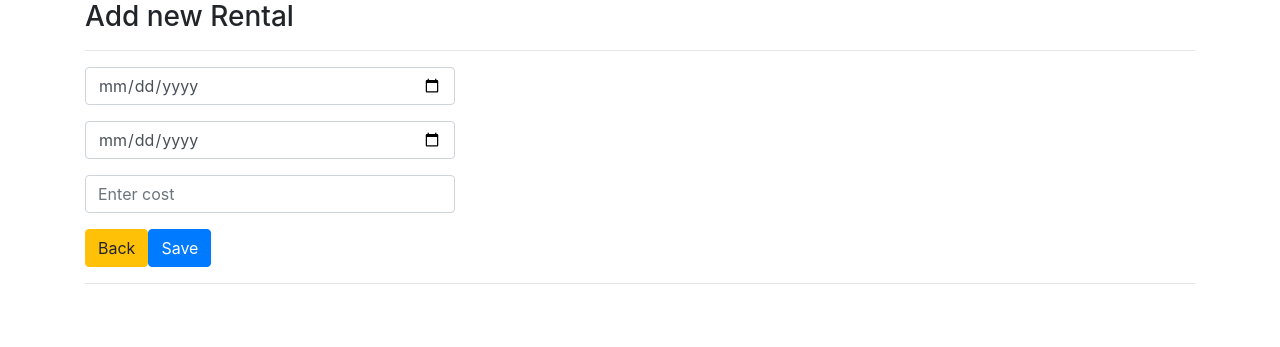
Repository: messimacky/Movie-Rental-System-Front-End
Page: /add-rental
The author's editor kept a copy of each file at every save. The page is drawn from the files as they stood at one save, then again after a run of saves.
The browser window is 1280 px wide. The pictures show the whole page.
The project was rebuilt for these pictures with package versions that can differ from the ones it lists, and the page was loaded fresh each time. Also part of the build but not shown: src/services/movie.service.js, src/components/AddMovie.js, src/components/MoviesList.js, src/components/NotFound.js, src/components/login/Login.js, src/services/customer.service.js, src/components/AddCustomer.js, src/components/CustomerList.js and 5 more.

Above is the page before, as saved 2022-05-13 15:49:35.

### src/index.js
import { Auth0Provider } from '@auth0/auth0-react';
import React from 'react';
import ReactDOM from 'react-dom';
import App from './App';
const domain = process.env.REACT_APP_AUTH0_DOMAIN;
const clientId = process.env.REACT_APP_AUTH0_CLIENT_ID;

ReactDOM.render(
  <Auth0Provider
    domain={domain}
    clientId={clientId}
    redirectUri={window.location.origin}
  >
    <App />
  </Auth0Provider>,
  document.getElementById('root')
);

### src/App.js
import { BrowserRouter as Router, Switch, Route } from 'react-router-dom';
import AddMovie from './components/AddMovie';
import MoviesList from "./components/MoviesList";
import NotFound from "./components/NotFound";
import Login from './components/login/Login';
import AddCustomer from './components/AddCustomer'
import CustomersList from './components/CustomerList';
import RentalsList from './components/RentalsList';
import AddRental from './components/AddRental';
import FirstPage from './components/FirstPage';
import Signup from './components/signup/Signup';
import Home from './components/Home';
// import LoginButton from './components/LoginButton';
function App() {
  return (
    <Router>
      <div>
        <Switch>

          <Route exact path="/" component={FirstPage} />

          <Route path="/home" component={Home} />


          <Route exact path="/movies" component={MoviesList} />
          <Route path="/add-movie" component={AddMovie} />
          <Route path="/movies/edit/:id" component={AddMovie} />




          <Route exact path="/customers" component={CustomersList} />
          <Route path="/add-customer" component={AddCustomer} />
          <Route path="/customers/edit/:id" component={AddCustomer} />



          <Route path="/login" component={Login} />
          <Route path="/signup" component={Signup} />



          <Route exact path="/rentals" component={RentalsList} />
          <Route path="/add-rental" component={AddRental} />
          <Route path="/rentals/edit/:id" component={AddRental} />
          <Route path="*" component={NotFound} />
        </Switch>
      </div>
    </Router>
  )
}

export default App;

### src/components/AddRental.js
import { useEffect, useState } from "react";
import { useParams } from "react-router-dom";
import { Link } from "react-router-dom";
import { useHistory } from "react-router-dom";
import rentalService from "../services/rental.service";


const AddRental = () => {

    // const [id, setId] = useState('');
    const [isReturned, setIsReturned] = useState();
    const [memberId, setMemberId] = useState('');
    const [rentalDate, setRentalDate] = useState('');
    const [rentalExpiry, setRentalExpiry] = useState('');
    const [totalCost, setTotalCost] = useState('');
    const [createdBy, setCreatedBy] = useState('');
    const [creationDate, setCreationDate] = useState('');
    const [lastModifiedBy, setLastModifiedBy] = useState('');
    const [lastModifiedDate, setLastModifiedDate] = useState('');





    const history = useHistory();
    const { id } = useParams();



    const saveRental = (e) => {
        e.preventDefault();
        const rental = { memberId, rentalDate, isReturned, rentalExpiry, totalCost, creationDate, createdBy, lastModifiedBy, lastModifiedDate };



        if (id) {
            //update records
            rentalService.update(rental)
                .then(response => {
                    console.log("Rental added succesfully", response.data);
                    history.push('/rentals');
                })
                .catch(error => {
                    console.log("Something went wrong", error);
                });

        } else {
            //create record
            rentalService.create(rental)
                .then(response => {
                    console.log("Movie added succesfully", response.data);
                    history.push('/rentals');
                })
                .catch(error => {
                    console.log("Something get wrong", error);
                });
        }

    }

    useEffect(() => {
        if (id) {
            rentalService.get(id)
                .then(rental => {
                    setMemberId(rental.data.memberId);
                    setRentalDate(rental.data.rentalDate);
                    setRentalExpiry(rental.data.rentalExpiry);
                    setTotalCost(rental.data.totalCost);
                    setIsReturned(rental.data.isReturned);



                })
                .catch(error => {
                    console.log("Something went wrong", error);
                });
        }
    }, [])

    return (
        <div className="container">
            <h3>Add new Rental</h3>
            <hr />
            <form>
                <div className="form-group">
                    <input
                        type="date"
                        className="form-control col-4"
                        id="rentalDate"
                        value={rentalDate}
                        onChange={(e) => setRentalDate(e.target.value)}
                    // placeholder="Enter title"
                    />
                </div>

                <div className="form-group">
                    <input
                        type="date"
                        className="form-control col-4"
                        id="rentalExpiry"
                        value={rentalExpiry}
                        onChange={(e) => setRentalExpiry(e.target.value)}
                    // placeholder="Enter title"
                    />
                </div>



                <div className="form-group">
                    <input
                        type="number"
                        className="form-control col-4"
                        id="totalCost"
                        value={totalCost}
                        onChange={(e) => setTotalCost(e.target.value)}
                        placeholder="Enter cost"
                    />
                </div>




                <div>
                    <Link className="btn btn-warning" to="/rentals">Back</Link>
                    <button className="btn btn-primary" onClick={(e) => saveRental(e)}>Save</button>
                </div>
            </form>
            <hr />

        </div>
    );
}

export default AddRental;

### src/components/login/Login.css
body {
    margin: 0;
    padding: 0;
    /* font-family: sans-serif; */
    background-size: cover;
    background-repeat: no-repeat;
}



.form {
    position: absolute;
    top: 50%;
    left: 50%;
    border: none;
    transform: translate(-50%, -50%);
    width: 400px;
    min-height: 450px;
    background-color: #fff;
    box-shadow: 0 15px 50px rgba(0, 0, 0, 0.5);
    padding: 50px;
    box-sizing: border-box;

    /* background: url(data:[embedded picture, 5679 characters]); */
    /* background: url(https://picsum.photos/3000/2000/?image=1015); */



}

.form h2 {
    margin-left: 60px;
    margin-top: 40px;
    color: white;
    /* margin: 30 0 40px; */
    padding: 0;
    color: black;
}

.form .input-box {
    position: relative;
    margin: 5px 0;
}

.form .input-box input {
    width: 100%;
    font-size: px;
    border: none;
    border-bottom: 2px solid #777;
    outline: none;
    padding: 10px;
    padding-left: 30px;
    box-sizing: border-box;
    font-weight: bold;
    color: #777;
}

.form .input-box input:focus,
.form .input-box input:valid {
    border-bottom-color: #03a9f4;
}

.form .input-box .fa {
    position: absolute;
    top: 8px;
    left: 5px;
    font-size: 18px;
    color: #777;
}

.form .input-box input[type="submit"] {
    border: none;
    cursor: pointer;
    background-color: #03a9f4;
    color: #fff;
    font-weight: bold;
    transition: 0.5s;
}

.form .input-box input[type="submit"]:hover {
    background-color: #ff4987;

}

.form a {
    text-decoration: none;
    color: black;

    margin-top: 4px;
    margin-left: 170px;
    /* font-weight: bold; */
    display: inline-block;
    transition: 0.5s;
}


.submit {
    margin-top: 30px;
    margin-left: 30px;


}

.form a {
    margin-top: 20px;
    margin-left: 50px;
    color: black;
    color: blue;
}

.form button {
    margin-top: 10px;
    margin-left: 50px;
    color: black;
    outline: invert;

}

.form button :hover {

    color: blue;
}

### src/components/AddCustomer.css
body {
    margin: 0;
    padding: 0;
    /* font-family: sans-serif; */
    background-size: cover;
    background-repeat: no-repeat;
}



.form {
    position: absolute;
    top: 50%;
    left: 50%;
    border: none;
    transform: translate(-50%, -50%);
    width: 400px;
    min-height: 450px;
    background-color: #fff;
    box-shadow: 0 15px 50px rgba(0, 0, 0, 0.5);
    padding: 50px;
    box-sizing: border-box;

    /* background: url(data:[embedded picture, 5679 characters]); */
    /* background: url(https://picsum.photos/3000/2000/?image=1015); */



}

.form h2 {
    margin-left: 60px;
    margin-top: 40px;
    color: white;
    /* margin: 30 0 40px; */
    padding: 0;
    color: black;
}

.form .input-box {
    position: relative;
    margin: 5px 0;
}

.form .input-box input {
    width: 100%;
    font-size: px;
    border: none;
    border-bottom: 2px solid #777;
    outline: none;
    padding: 10px;
    padding-left: 30px;
    box-sizing: border-box;
    font-weight: bold;
    color: #777;
}

.form .input-box input:focus,
.form .input-box input:valid {
    border-bottom-color: #03a9f4;
}

.form .input-box .fa {
    position: absolute;
    top: 8px;
    left: 5px;
    font-size: 18px;
    color: #777;
}

.form .input-box input[type="submit"] {
    border: none;
    cursor: pointer;
    background-color: #03a9f4;
    color: #fff;
    font-weight: bold;
    transition: 0.5s;
}

.form .input-box input[type="submit"]:hover {
    background-color: #ff4987;

}

.form a {
    text-decoration: none;
    color: black;

    margin-top: 4px;
    margin-left: 170px;
    /* font-weight: bold; */
    display: inline-block;
    transition: 0.5s;
}


.submit {
    margin-top: 30px;
    margin-left: 30px;


}

.form a {
    margin-top: 20px;
    margin-left: 50px;
    color: black;
    color: blue;
}

.form button {
    margin-top: 10px;
    margin-left: 50px;
    color: black;
    outline: invert;

}

.form button :hover {

    color: blue;
}

### src/services/rental.service.js
import httpClient from '../http-common';

const getAll = () => {
    return httpClient.get('/rentals');
}

const create = (data) => {
    return httpClient.post("/rentals", data);
}

const get = id => {
    return httpClient.get(`/rentals/${id}`);
}

const update = (data) => {
    return httpClient.put('/rentals', data);
}

const remove = id => {
    return httpClient.delete(`/rentals/${id}`);
}

export default { getAll, create, get, update, remove };

### src/components/signup/Signup.css
body {
    margin: 0;
    padding: 0;
    /* font-family: sans-serif; */
    background-size: cover;
    background-repeat: no-repeat;
}



.form {
    position: absolute;
    top: 50%;
    left: 50%;
    border: none;
    transform: translate(-50%, -50%);
    width: 400px;
    min-height: 450px;
    background-color: #fff;
    box-shadow: 0 15px 50px rgba(0, 0, 0, 0.5);
    padding: 50px;
    box-sizing: border-box;

    /* background: url(data:[embedded picture, 5679 characters]); */
    /* background: url(https://picsum.photos/3000/2000/?image=1015); */



}

.form h2 {
    margin-left: 60px;
    margin-top: 40px;
    color: white;
    /* margin: 30 0 40px; */
    padding: 0;
    color: black;
}

.form .input-box {
    position: relative;
    margin: 5px 0;
}

.form .input-box input {
    width: 100%;
    font-size: px;
    border: none;
    border-bottom: 2px solid #777;
    outline: none;
    padding: 10px;
    padding-left: 30px;
    box-sizing: border-box;
    font-weight: bold;
    color: #777;
}

.form .input-box input:focus,
.form .input-box input:valid {
    border-bottom-color: #03a9f4;
}

.form .input-box .fa {
    position: absolute;
    top: 8px;
    left: 5px;
    font-size: 18px;
    color: #777;
}

.form .input-box input[type="submit"] {
    border: none;
    cursor: pointer;
    background-color: #03a9f4;
    color: #fff;
    font-weight: bold;
    transition: 0.5s;
}

.form .input-box input[type="submit"]:hover {
    background-color: #ff4987;

}

.form a {
    text-decoration: none;
    color: black;

    margin-top: 4px;
    margin-left: 170px;
    /* font-weight: bold; */
    display: inline-block;
    transition: 0.5s;
}


.submit {
    margin-top: 30px;
    margin-left: 30px;


}

.form a {
    margin-top: 20px;
    margin-left: 50px;
    color: black;
    color: blue;
}

.form button {
    margin-top: 10px;
    margin-left: 50px;
    color: black;
    outline: invert;

}

.form button :hover {

    color: blue;
}

### src/http-common.js
import axios from "axios";


export default axios.create({
    baseURL: 'http://localhost:8080',
    headers: {
        'Content_Type': 'application/json'
    }

});

Loaded but not shown: public/index.html (common file)

After the next 2 saves:
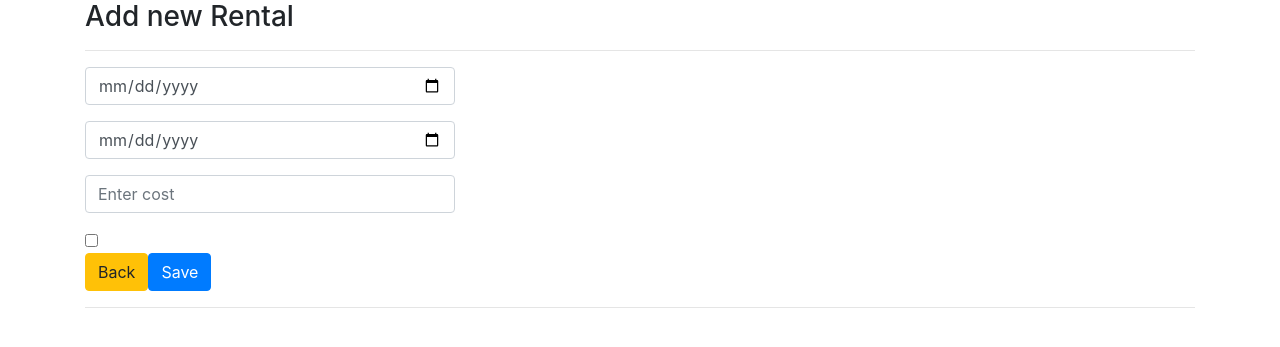
The 2 saves are shown as one change because 1 did not build or start.
The last was saved 2 min 5 s later.
--- a/src/components/AddRental.js
+++ b/src/components/AddRental.js
@@ -117,9 +117,13 @@ const AddRental = () => {
                     />
                 </div>
 
-
-
-
+                <div>
+                    <input
+                        type="checkbox"
+                        checked={isReturned}
+                        onChange={e => setIsReturned(e.target.isReturned)}
+                    />
+                </div>
                 <div>
                     <Link className="btn btn-warning" to="/rentals">Back</Link>
                     <button className="btn btn-primary" onClick={(e) => saveRental(e)}>Save</button>
